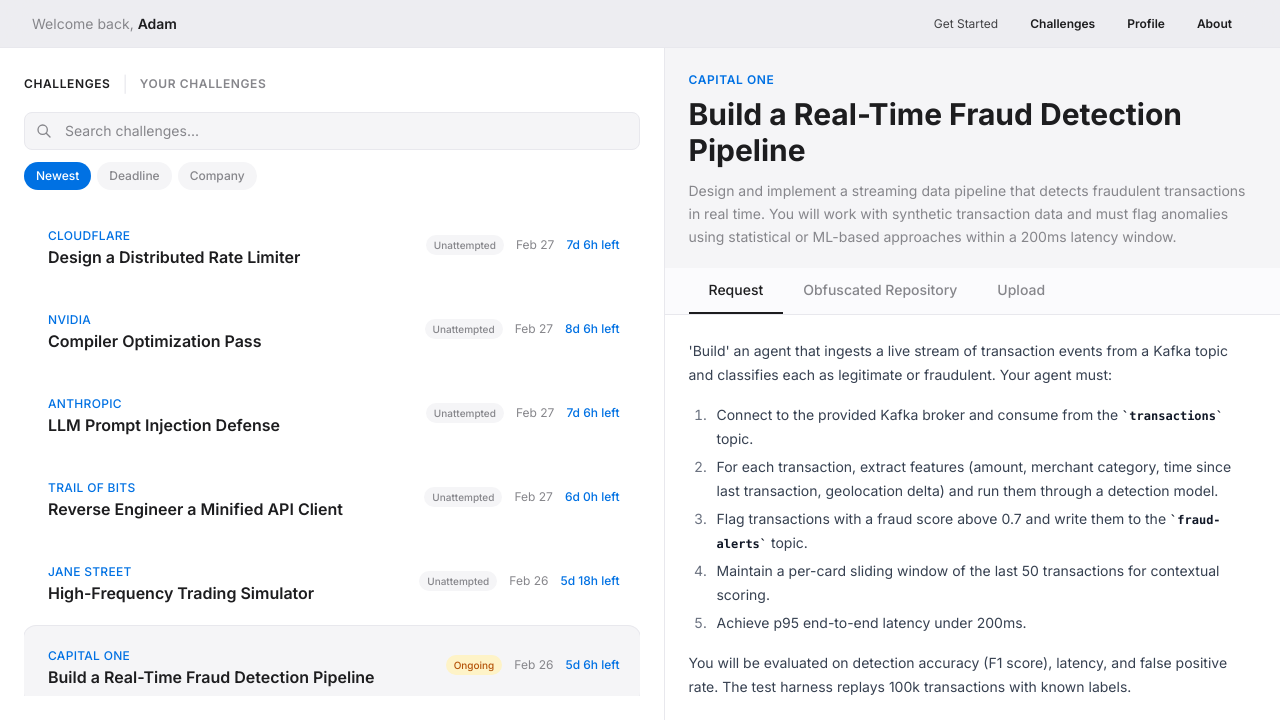
Repository: Ypout07/raikes-hacks
Page: / (app in web/)
The author's editor kept a copy of each file at every save. The page is drawn from the files as they stood at one save, then again after the next save.
The browser window is 1280 px wide. The pictures show the whole page.
An inner scrolling area shows only its first screen. The project was rebuilt for these pictures with package versions that can differ from the ones it lists, and the page was loaded fresh each time. The framework's server and built-in components were replaced by stand-ins that run in the browser. Also part of the build but not shown: web/next.config.ts.

Above is the page before, as saved 2026-02-28 21:54:57.

### web/src/app/layout.tsx
import type { Metadata } from "next";
import { Inter } from "next/font/google";
import "./globals.css";

const inter = Inter({
  subsets: ["latin"],
  weight: ["400", "500", "600", "700"],
});

export const metadata: Metadata = {
  title: "Raikes Hacks",
  description: "Raikes Hacks competition platform",
};

export default function RootLayout({
  children,
}: {
  children: React.ReactNode;
}) {
  return (
    <html lang="en">
      <body className={inter.className}>{children}</body>
    </html>
  );
}

### web/src/app/globals.css
@tailwind base;
@tailwind components;
@tailwind utilities;

@layer base {
  body {
    @apply bg-surface-overlay text-body antialiased;
  }
}

@layer utilities {
  .scrollbar-hide {
    -ms-overflow-style: none;
    scrollbar-width: none;
  }
  .scrollbar-hide::-webkit-scrollbar {
    display: none;
  }
}

/* Tutorial prose styling */
.prose-custom h2 {
  @apply text-2xl font-bold text-heading mt-10 mb-3;
}
.prose-custom h3 {
  @apply text-lg font-semibold text-heading mt-8 mb-2;
}
.prose-custom h4 {
  @apply text-base font-semibold text-heading mt-6 mb-2;
}
.prose-custom p {
  @apply text-sm text-body leading-relaxed mb-4;
}
.prose-custom ul {
  @apply list-disc pl-5 mb-4 space-y-1;
}
.prose-custom ol {
  @apply list-decimal pl-5 mb-4 space-y-2;
}
.prose-custom li {
  @apply text-sm text-body leading-relaxed;
}
.prose-custom code {
  @apply text-xs font-mono bg-surface-overlay text-heading px-1.5 py-0.5 rounded;
}
.prose-custom pre {
  @apply bg-surface-overlay border border-surface-hover rounded-xl p-4 mb-4 overflow-x-auto;
}
.prose-custom pre code {
  @apply bg-transparent p-0 text-xs leading-relaxed whitespace-pre;
}
.prose-custom strong {
  @apply font-semibold text-heading;
}

### web/src/lib/mockChallenges.ts
import { Challenge } from "./types";

export const mockChallenges: Challenge[] = [
    {
        id: "1",
        title: "Build a Real-Time Fraud Detection Pipeline",
        company: "Capital One",
        description:
            "Design and implement a streaming data pipeline that detects fraudulent transactions in real time. You will work with synthetic transaction data and must flag anomalies using statistical or ML-based approaches within a 200ms latency window.",
        request:
            "'Build' an agent that ingests a live stream of transaction events from a Kafka topic and classifies each as legitimate or fraudulent. Your agent must:\n\n1. Connect to the provided Kafka broker and consume from the `transactions` topic.\n2. For each transaction, extract features (amount, merchant category, time since last transaction, geolocation delta) and run them through a detection model.\n3. Flag transactions with a fraud score above 0.7 and write them to the `fraud-alerts` topic.\n4. Maintain a per-card sliding window of the last 50 transactions for contextual scoring.\n5. Achieve p95 end-to-end latency under 200ms.\n\nYou will be evaluated on detection accuracy (F1 score), latency, and false positive rate. The test harness replays 100k transactions with known labels.",
        postedAt: "2026-02-26T10:00:00Z",
        deadline: "2026-03-05T23:59:00Z",
        status: "ongoing",
    },
    {
        id: "2",
        title: "Optimize a Legacy Search Index",
        company: "Elasticsearch",
        description:
            "Given a degraded search index serving 50k queries per second, identify bottlenecks and refactor the indexing strategy. Your solution should improve p95 latency by at least 40% without increasing infrastructure costs.",
        request:
            "You are given a search cluster with 3 nodes, each holding a copy of a 12GB product catalog index. Current p95 latency is 380ms at 50k QPS. Your agent must:\n\n1. Analyze the provided index mappings and identify fields causing excessive memory usage or slow aggregations.\n2. Propose and implement a new mapping strategy that reduces field count and leverages `keyword` vs `text` types appropriately.\n3. Reindex the data using the optimized mappings.\n4. Tune shard count, replica settings, and refresh interval for the given hardware profile.\n5. Run the benchmark suite and produce a before/after comparison.\n\nTarget: p95 latency <= 228ms at 50k QPS with no additional nodes. Submit your revised mappings, reindex script, and benchmark results.",
        postedAt: "2026-02-25T14:00:00Z",
        deadline: "2026-03-04T23:59:00Z",
        status: "submitted",
    },
    {
        id: "3",
        title: "Reverse Engineer a Minified API Client",
        company: "Trail of Bits",
        description:
            "You are given an obfuscated JavaScript API client. Reconstruct its request signing algorithm and produce a clean, documented implementation that passes the provided integration test suite.",
        request:
            "You will receive `client.min.js`, an obfuscated 14KB JavaScript file that authenticates against a REST API using a custom HMAC-based request signing scheme. Your agent must:\n\n1. Deobfuscate the JavaScript and identify the signing function.\n2. Document the signing algorithm step by step: which headers are included, how the canonical request string is formed, and what hash function is used.\n3. Produce a clean Python implementation of the signing logic in a file called `signer.py`.\n4. Your implementation must pass all 25 integration tests in `test_signer.py`, which validate signatures against known request/response pairs.\n5. Write a brief report (`report.md`) explaining each obfuscation technique you encountered and how you defeated it.\n\nEvaluation: all tests pass, code clarity, and completeness of the report.",
        postedAt: "2026-02-27T08:00:00Z",
        deadline: "2026-03-06T18:00:00Z",
        status: "unattempted",
    },
    {
        id: "4",
        title: "Container Escape CTF",
        company: "CrowdStrike",
        description:
            "Exploit a deliberately misconfigured container runtime to escape to the host. Document each step of your exploit chain and propose mitigations for each vulnerability you discover.",
        request:
            "You are dropped into a shell inside a Docker container running on a Linux host. The container has been intentionally misconfigured. Your agent must:\n\n1. Enumerate the container environment: capabilities, mounted volumes, network namespace, and kernel version.\n2. Identify at least two distinct privilege escalation or escape vectors.\n3. Execute a full escape to gain a shell on the host and read the flag at `/root/flag.txt`.\n4. For each vulnerability exploited, write a mitigation recommendation (e.g., drop capabilities, read-only rootfs, seccomp profile).\n5. Submit `exploit.sh` (your exploit chain), `flag.txt` contents, and `mitigations.md`.\n\nScoring: flag capture (50%), number of unique vectors found (30%), quality of mitigations (20%).",
        postedAt: "2026-02-24T12:00:00Z",
        deadline: "2026-03-03T23:59:00Z",
        status: "expired",
    },
    {
        id: "5",
        title: "Design a Distributed Rate Limiter",
        company: "Cloudflare",
        description:
            "Implement a distributed rate limiting service that operates across multiple data centers with eventual consistency. Handle clock skew, network partitions, and burst traffic while maintaining fair request distribution.",
        request:
            "Implement a token-bucket rate limiter that runs across 3 simulated data centers. Your agent must:\n\n1. Implement the rate limiter as a gRPC service with `AllowRequest(client_id, tokens_requested)` and `GetStatus(client_id)` RPCs.\n2. Each data center maintains a local token bucket that syncs counters with peers every 500ms via gossip protocol.\n3. Handle network partitions gracefully — during a partition, each DC should enforce a local limit of `global_limit / num_dcs` and reconcile when connectivity is restored.\n4. Handle clock skew of up to 200ms between nodes without over- or under-counting.\n5. Pass the provided test suite which simulates 10k clients, burst traffic, partitions, and clock drift.\n\nDeliverables: service code, Dockerfile, and a design doc explaining your consistency trade-offs. Evaluated on correctness, fairness, and throughput.",
        postedAt: "2026-02-27T16:00:00Z",
        deadline: "2026-03-07T23:59:00Z",
        status: "unattempted",
    },
    {
        id: "6",
        title: "Patch a Vulnerable Smart Contract",
        company: "Coinbase",
        description:
            "Audit the provided Solidity smart contract, identify all exploitable vulnerabilities, write proof-of-concept exploits, and submit a patched version that passes the full security test harness.",
        request:
            "You are given `VaultV1.sol`, a DeFi vault contract with multiple known vulnerabilities. Your agent must:\n\n1. Audit the contract and identify all vulnerabilities (expect at least 4: reentrancy, integer overflow, access control, and front-running).\n2. For each vulnerability, write a Foundry test in `Exploit.t.sol` that demonstrates the exploit and drains or manipulates funds.\n3. Produce a patched `VaultV2.sol` that fixes all identified issues while preserving the original interface and functionality.\n4. Your patched contract must pass the original `Vault.t.sol` test suite (functional correctness) AND resist all exploits in your `Exploit.t.sol`.\n5. Write `audit.md` documenting each finding with severity, impact, and fix description.\n\nEvaluation: vulnerabilities found, exploit quality, patch correctness, and audit report clarity.",
        postedAt: "2026-02-26T09:00:00Z",
        deadline: "2026-03-05T12:00:00Z",
        status: "ongoing",
    },
    {
        id: "7",
        title: "Build a Zero-Knowledge Proof Verifier",
        company: "StarkWare",
        description:
            "Implement a ZK-STARK verifier from scratch that can validate arithmetic circuit proofs. Your implementation must handle field arithmetic, Merkle commitments, and FRI-based polynomial verification.",
        request:
            "Implement a STARK verifier in Rust or Python that validates proofs for arithmetic circuits over a 64-bit prime field. Your agent must:\n\n1. Implement finite field arithmetic (add, mul, inv, pow) over the Goldilocks field (p = 2^64 - 2^32 + 1).\n2. Implement a Merkle tree commitment scheme using SHA-256.\n3. Implement the FRI (Fast Reed-Solomon Interactive Oracle Proof) verification protocol for low-degree testing.\n4. Combine the above into a full STARK verifier that accepts a proof object and an arithmetic circuit description, and returns accept/reject.\n5. Verify all 10 provided test proofs (5 valid, 5 invalid) correctly.\n\nDeliverables: verifier source code and a `DESIGN.md` explaining your implementation of each component. Evaluated on correctness, code structure, and design doc quality.",
        postedAt: "2026-02-25T11:00:00Z",
        deadline: "2026-03-06T23:59:00Z",
        status: "unattempted",
    },
    {
        id: "8",
        title: "Automate Infrastructure Drift Detection",
        company: "HashiCorp",
        description:
            "Create a tool that continuously compares live cloud infrastructure against Terraform state files and alerts on drift. Support AWS EC2, S3, and IAM resources with a configurable threshold for acceptable variance.",
        request:
            "Build a CLI tool called `driftctl` that detects infrastructure drift between Terraform state and live AWS resources. Your agent must:\n\n1. Parse a Terraform state file (`terraform.tfstate`) and extract all managed EC2 instances, S3 buckets, and IAM roles/policies.\n2. Query the AWS API (using provided mock endpoints) to fetch the current state of those same resources.\n3. Diff each resource attribute and report changes as `added`, `modified`, or `deleted`.\n4. Support a `--threshold` flag: ignore drifts where the changed attribute count is below the threshold percentage.\n5. Output a JSON report and a human-readable summary to stdout.\n\nDeliverables: CLI source code, tests, and sample output. The test suite provides 3 state files with known drift. Evaluated on detection accuracy, output clarity, and code quality.",
        postedAt: "2026-02-24T09:00:00Z",
        deadline: "2026-03-04T18:00:00Z",
        status: "ongoing",
    },
    {
        id: "9",
        title: "LLM Prompt Injection Defense",
        company: "Anthropic",
        description:
            "Design and implement a multi-layered defense system that detects and neutralizes prompt injection attacks against an LLM-powered customer service bot. Evaluate against a provided red-team dataset of 500 adversarial inputs.",
        request:
            "Build a defense layer that sits between user input and an LLM-powered support bot. Your agent must:\n\n1. Implement an input classifier that scores each user message for injection likelihood (0.0 to 1.0) using pattern matching, perplexity analysis, or a lightweight ML model.\n2. Implement an output validator that checks the LLM's response for policy violations (data leaks, role-breaking, harmful content) before returning it to the user.\n3. Implement a prompt armoring layer that rewrites the system prompt to be resistant to override attempts.\n4. Wire all three layers into a `DefenseMiddleware` class with `screen_input(msg) -> (safe: bool, score: float)` and `screen_output(response) -> (safe: bool, reason: str)` methods.\n5. Evaluate against the provided `redteam_500.jsonl` dataset and achieve >= 92% detection rate with <= 5% false positive rate on benign inputs.\n\nDeliverables: middleware code, evaluation script, and a results summary. Evaluated on detection rate, false positive rate, and defense robustness.",
        postedAt: "2026-02-27T10:00:00Z",
        deadline: "2026-03-07T23:59:00Z",
        status: "unattempted",
    },
    {
        id: "10",
        title: "High-Frequency Trading Simulator",
        company: "Jane Street",
        description:
            "Build a matching engine simulator that processes limit and market orders with sub-microsecond precision. Implement price-time priority, handle partial fills, and support cancel/replace operations across multiple order books.",
        request:
            "Implement a matching engine in C++ or Rust that maintains order books for 5 symbols. Your agent must:\n\n1. Support order types: Limit, Market, IOC (Immediate or Cancel), and FOK (Fill or Kill).\n2. Implement price-time priority matching: orders at the same price level are filled in FIFO order.\n3. Handle partial fills correctly — a market buy for 100 shares against asks of 60 and 50 should fill 60 from the first and 40 from the second.\n4. Support Cancel and Cancel/Replace operations by order ID.\n5. Process the provided `orders.csv` (1M orders across 5 symbols) and produce `trades.csv` and `book_snapshots.csv`.\n\nTarget: process all 1M orders in under 2 seconds on a single core. Evaluated on correctness (trade output matches reference), performance, and code clarity.",
        postedAt: "2026-02-26T15:00:00Z",
        deadline: "2026-03-06T12:00:00Z",
        status: "unattempted",
    },
    {
        id: "11",
        title: "Malware Sandbox Evasion Analysis",
        company: "Mandiant",
        description:
            "Analyze a set of malware samples that employ sandbox evasion techniques. Document each evasion method, classify them by category, and build detection signatures that identify the evasion behavior without triggering false positives.",
        request:
            "You are given 8 malware samples (PE binaries) that use various sandbox evasion techniques. Your agent must:\n\n1. Run each sample in the provided sandbox environment and observe its behavior (API calls, file access, network activity, timing checks).\n2. Identify and classify evasion techniques used by each sample (e.g., sleep acceleration detection, registry fingerprinting, user interaction checks, hardware enumeration).\n3. For each technique, write a YARA rule that detects the evasion pattern in static analysis.\n4. Validate your YARA rules against the 8 malicious samples (should match) and 20 benign samples (should not match).\n5. Produce `analysis.md` with a per-sample breakdown and `evasion_rules.yar` with all detection signatures.\n\nEvaluation: evasion techniques identified, YARA rule accuracy (true positive rate vs false positive rate), and analysis quality.",
        postedAt: "2026-02-23T08:00:00Z",
        deadline: "2026-03-03T17:00:00Z",
        status: "submitted",
    },
    {
        id: "12",
        title: "Compiler Optimization Pass",
        company: "NVIDIA",
        description:
            "Write a custom LLVM optimization pass that identifies and vectorizes nested loop patterns common in matrix multiplication. Benchmark your pass against the baseline on provided CUDA kernel test cases.",
        request:
            "Write an LLVM IR optimization pass that detects and vectorizes matrix multiplication patterns. Your agent must:\n\n1. Implement a `FunctionPass` that scans for nested loop nests matching the pattern `C[i][j] += A[i][k] * B[k][j]`.\n2. Transform the detected pattern to use LLVM vector intrinsics (e.g., `llvm.x86.avx2` or generic vector ops) for the inner loop.\n3. Handle edge cases: non-power-of-2 dimensions (requires a scalar epilogue), aliased pointers (must prove no-alias or skip), and different data types (f32, f64).\n4. Register the pass as a plugin loadable via `opt -load`.\n5. Run the pass on the 5 provided `.ll` test files and produce benchmark results comparing original vs optimized execution time.\n\nDeliverables: pass source code, CMakeLists.txt, and benchmark results. Evaluated on speedup achieved, correctness (output matches reference), and edge case handling.",
        postedAt: "2026-02-27T14:00:00Z",
        deadline: "2026-03-08T23:59:00Z",
        status: "unattempted",
    },
];

### web/src/components/Navbar.tsx
"use client";

import Link from "next/link";
import { usePathname } from "next/navigation";

const NAV_ITEMS = [
  { label: "Get Started", href: "/get-started" },
  { label: "Challenges", href: "/" },
  { label: "Profile", href: "/" },
  { label: "About", href: "/" },
];

export default function Navbar() {
  const pathname = usePathname();

  return (
    <nav className="flex items-center justify-between px-8 h-12 bg-surface-hover/60 backdrop-blur-lg border-b border-surface-hover flex-shrink-0">
      <Link href="/" className="text-sm text-muted hover:text-heading transition-colors">
        Welcome back, <span className="text-heading font-semibold">Adam</span>
      </Link>

      <div className="flex items-center gap-0">
        {NAV_ITEMS.map((item) => (
          <Link
            key={item.label}
            href={item.href}
            className={`px-4 py-1.5 text-xs transition-colors ${
              pathname === item.href
                ? "text-heading font-semibold"
                : "text-body hover:text-heading"
            }`}
          >
            {item.label}
          </Link>
        ))}
      </div>
    </nav>
  );
}

### web/src/components/ChallengeCard.tsx
"use client";

import { Challenge, ChallengeStatus } from "@/lib/types";

const statusConfig: Record<ChallengeStatus, { label: string; className: string }> = {
  submitted: { label: "Submitted", className: "bg-green-100 text-green-700" },
  ongoing: { label: "Ongoing", className: "bg-amber-100 text-amber-700" },
  unattempted: { label: "Unattempted", className: "bg-surface-overlay text-muted" },
  expired: { label: "Expired", className: "bg-red-100 text-red-600" },
};

function formatPostedDate(iso: string): string {
  const date = new Date(iso);
  return date.toLocaleDateString("en-US", { month: "short", day: "numeric" });
}

function getTimeRemaining(deadline: string): string {
  const now = Date.now();
  const end = new Date(deadline).getTime();
  const diff = end - now;

  if (diff <= 0) return "Ended";

  const days = Math.floor(diff / (1000 * 60 * 60 * 24));
  const hours = Math.floor((diff % (1000 * 60 * 60 * 24)) / (1000 * 60 * 60));

  if (days > 0) return `${days}d ${hours}h left`;
  return `${hours}h left`;
}

interface ChallengeCardProps {
  challenge: Challenge;
  isSelected: boolean;
  onSelect: (challenge: Challenge) => void;
  compact?: boolean;
}

export default function ChallengeCard({
  challenge,
  isSelected,
  onSelect,
  compact = false,
}: ChallengeCardProps) {
  return (
    <button
      onClick={() => onSelect(challenge)}
      className={`
        group relative w-full flex-shrink-0 rounded-xl overflow-hidden flex
        transition-all duration-200 text-left
        ${
          isSelected
            ? "bg-surface-overlay ring-1 ring-surface-hover shadow-sm"
            : "bg-surface hover:bg-surface-overlay"
        }
      `}
    >
      {/* Accent left bar */}
      <div
        className={`w-1 flex-shrink-0 rounded-l-xl transition-colors duration-200 ${
          isSelected ? "bg-muted" : "bg-transparent group-hover:bg-surface-hover"
        }`}
      />

      <div className={`flex-1 flex items-center gap-4 ${compact ? "px-4 py-3" : "px-5 py-4"}`}>
        {/* Left: company + title */}
        <div className="flex-1 min-w-0">
          <span className={`font-medium tracking-wide uppercase text-accent ${compact ? "text-[10px]" : "text-xs"}`}>
            {challenge.company}
          </span>
          <h3 className={`font-semibold text-heading leading-snug truncate ${compact ? "text-sm" : "text-base"}`}>
            {challenge.title}
          </h3>
        </div>

        {/* Right: meta */}
        <div className="flex-shrink-0 flex items-center gap-3 text-xs text-muted whitespace-nowrap">
          <span
            className={`px-2 py-0.5 rounded-full text-[10px] font-medium ${statusConfig[challenge.status].className}`}
          >
            {statusConfig[challenge.status].label}
          </span>
          <span className="hidden sm:inline">
            {formatPostedDate(challenge.postedAt)}
          </span>
          <span
            className={`font-medium ${
              getTimeRemaining(challenge.deadline) === "Ended"
                ? "text-red-500"
                : "text-accent"
            }`}
          >
            {getTimeRemaining(challenge.deadline)}
          </span>
        </div>
      </div>
    </button>
  );
}

### web/tailwind.config.ts
import type { Config } from "tailwindcss";

const config: Config = {
  content: ["./src/**/*.{ts,tsx}"],
  theme: {
    extend: {
      colors: {
        surface: {
          DEFAULT: "#ffffff",
          raised: "#fbfbfd",
          overlay: "#f5f5f7",
          hover: "#e8e8ed",
        },
        accent: {
          DEFAULT: "#0071e3",
          dim: "#0077ed",
          glow: "#147ce5",
        },
        muted: "#86868b",
        heading: "#1d1d1f",
        body: "#424245",
      },
    },
  },
  plugins: [require("@tailwindcss/typography")],
};

export default config;

Loaded but not shown: web/src/app/page.tsx (123 lines, source omitted); web/src/components/ChallengeList.tsx (122 lines, source omitted)

After the next save:
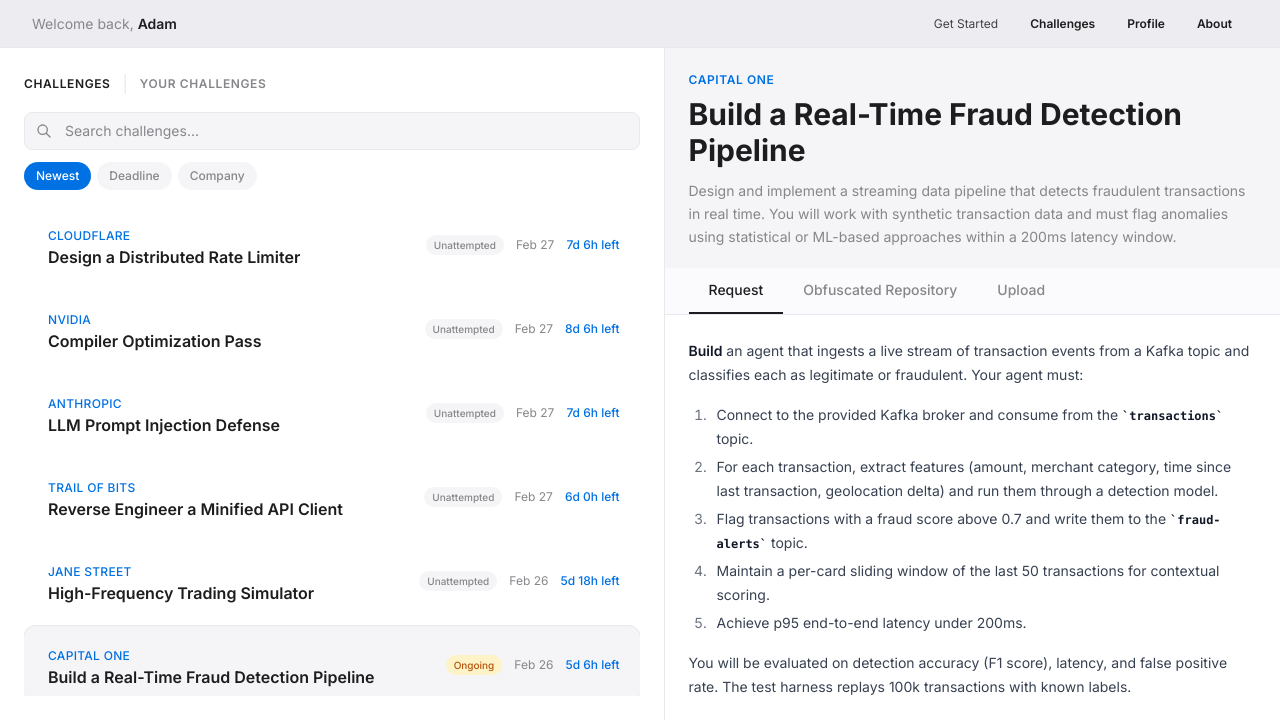
Saved 36 s later.
--- a/web/src/lib/mockChallenges.ts
+++ b/web/src/lib/mockChallenges.ts
@@ -8,7 +8,7 @@
         description:
             "Design and implement a streaming data pipeline that detects fraudulent transactions in real time. You will work with synthetic transaction data and must flag anomalies using statistical or ML-based approaches within a 200ms latency window.",
         request:
-            "'Build' an agent that ingests a live stream of transaction events from a Kafka topic and classifies each as legitimate or fraudulent. Your agent must:\n\n1. Connect to the provided Kafka broker and consume from the `transactions` topic.\n2. For each transaction, extract features (amount, merchant category, time since last transaction, geolocation delta) and run them through a detection model.\n3. Flag transactions with a fraud score above 0.7 and write them to the `fraud-alerts` topic.\n4. Maintain a per-card sliding window of the last 50 transactions for contextual scoring.\n5. Achieve p95 end-to-end latency under 200ms.\n\nYou will be evaluated on detection accuracy (F1 score), latency, and false positive rate. The test harness replays 100k transactions with known labels.",
+            "**Build** an agent that ingests a live stream of transaction events from a Kafka topic and classifies each as legitimate or fraudulent. Your agent must:\n\n1. Connect to the provided Kafka broker and consume from the `transactions` topic.\n2. For each transaction, extract features (amount, merchant category, time since last transaction, geolocation delta) and run them through a detection model.\n3. Flag transactions with a fraud score above 0.7 and write them to the `fraud-alerts` topic.\n4. Maintain a per-card sliding window of the last 50 transactions for contextual scoring.\n5. Achieve p95 end-to-end latency under 200ms.\n\nYou will be evaluated on detection accuracy (F1 score), latency, and false positive rate. The test harness replays 100k transactions with known labels.",
         postedAt: "2026-02-26T10:00:00Z",
         deadline: "2026-03-05T23:59:00Z",
         status: "ongoing",
